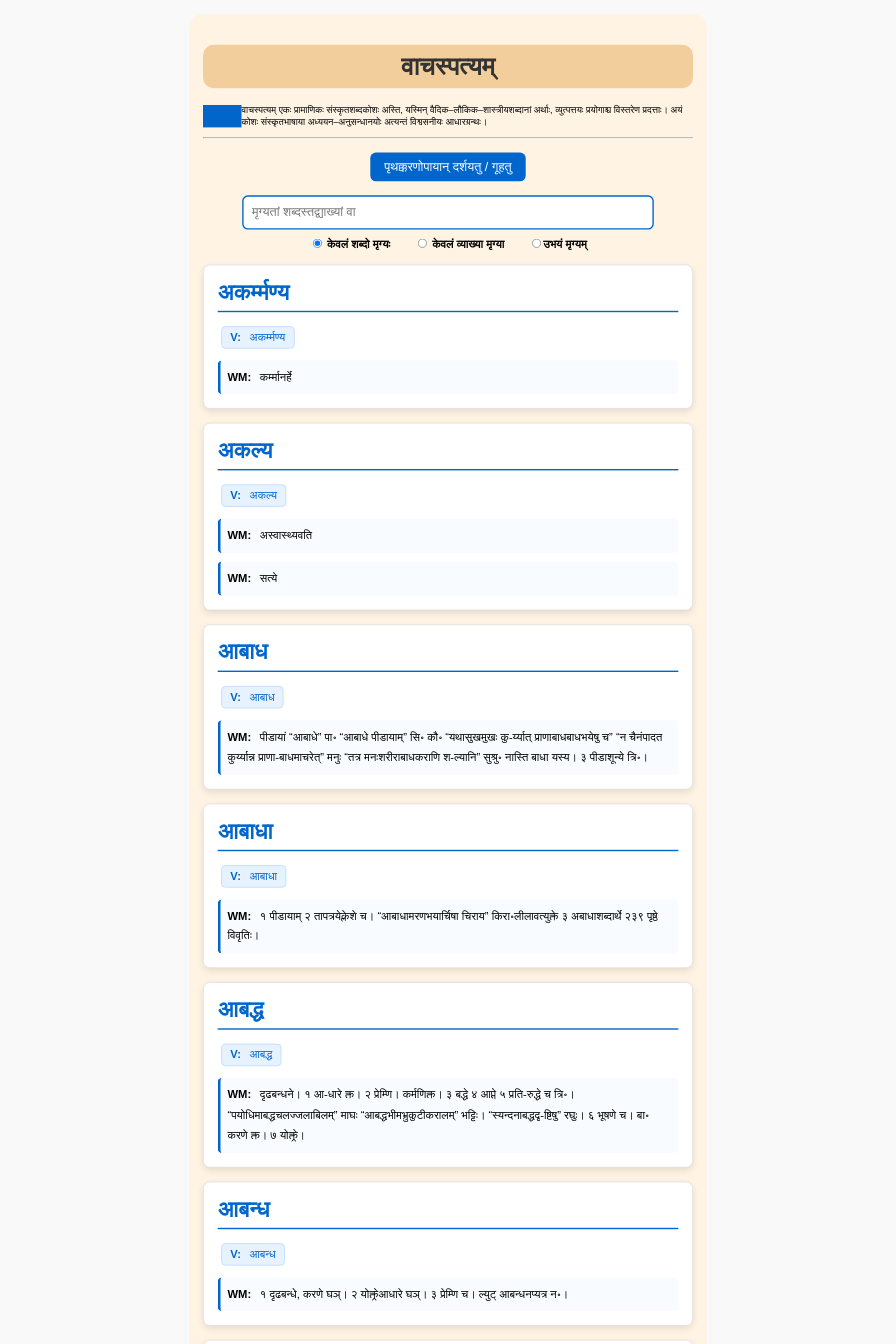
Repository: sanskritsphere/vachaspatyam-demo
Page: index.html
An editor plug-in stored every save of this project. The page is shown before and after a run of saves, followed by the edit.
The browser window is 1280 px wide. The pictures show the part of the page from y = 0 to 1920 px (the page is 3443 px tall), at 70% of full size.

Above is the page before, as saved 2025-12-14 12:45:22.

After the next 2 saves:
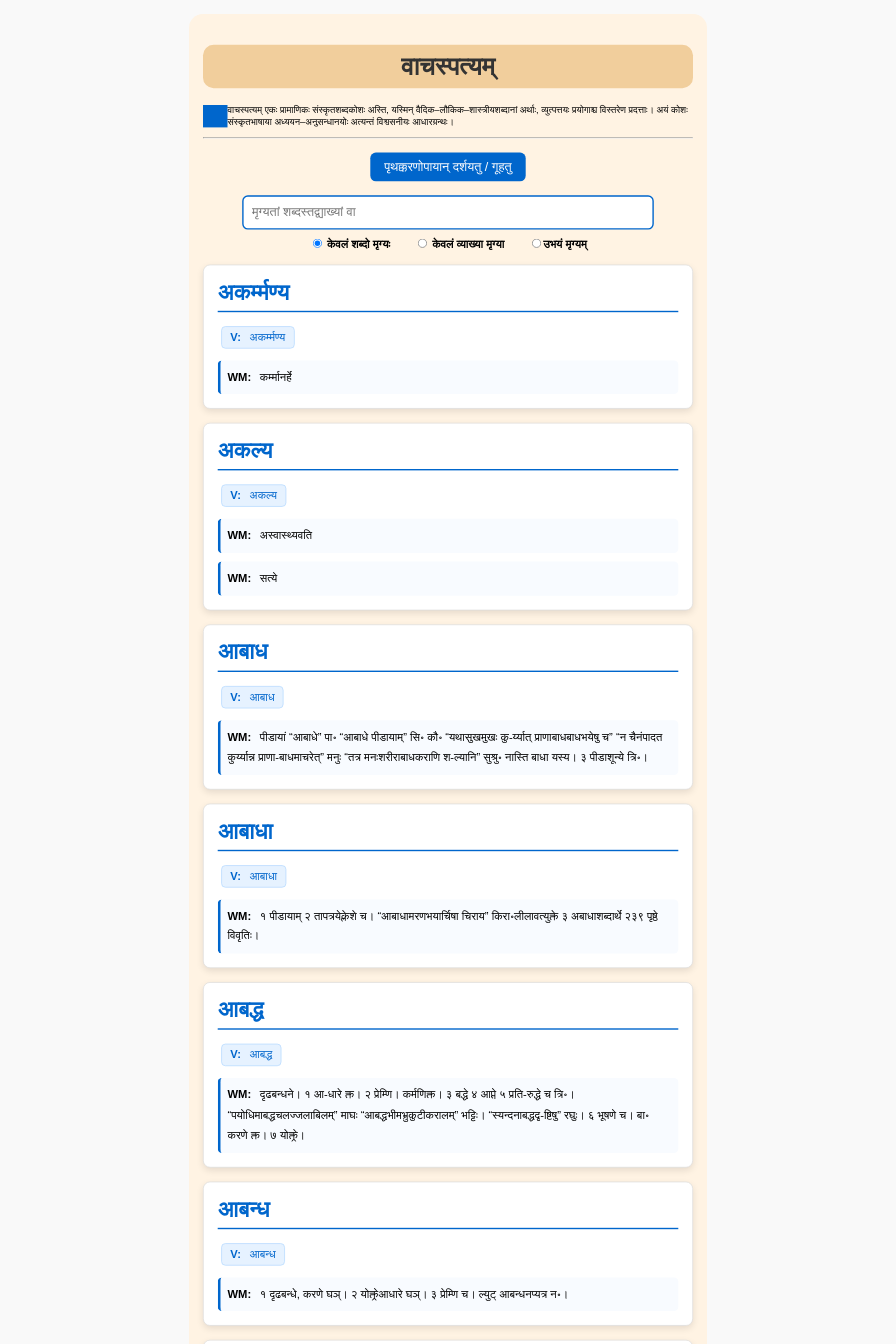
The 2 saves are shown as one change because they came seconds apart.
The last was saved 7 s later.
--- a/style.css
+++ b/style.css
@@ -30,7 +30,7 @@
         }
        header .small{
             font-size: smaller;
-            border-left: 55px solid #0066cc;
+            border-left: 35px solid #0066cc;
         }
         #toggleFilters {
             display: block;
